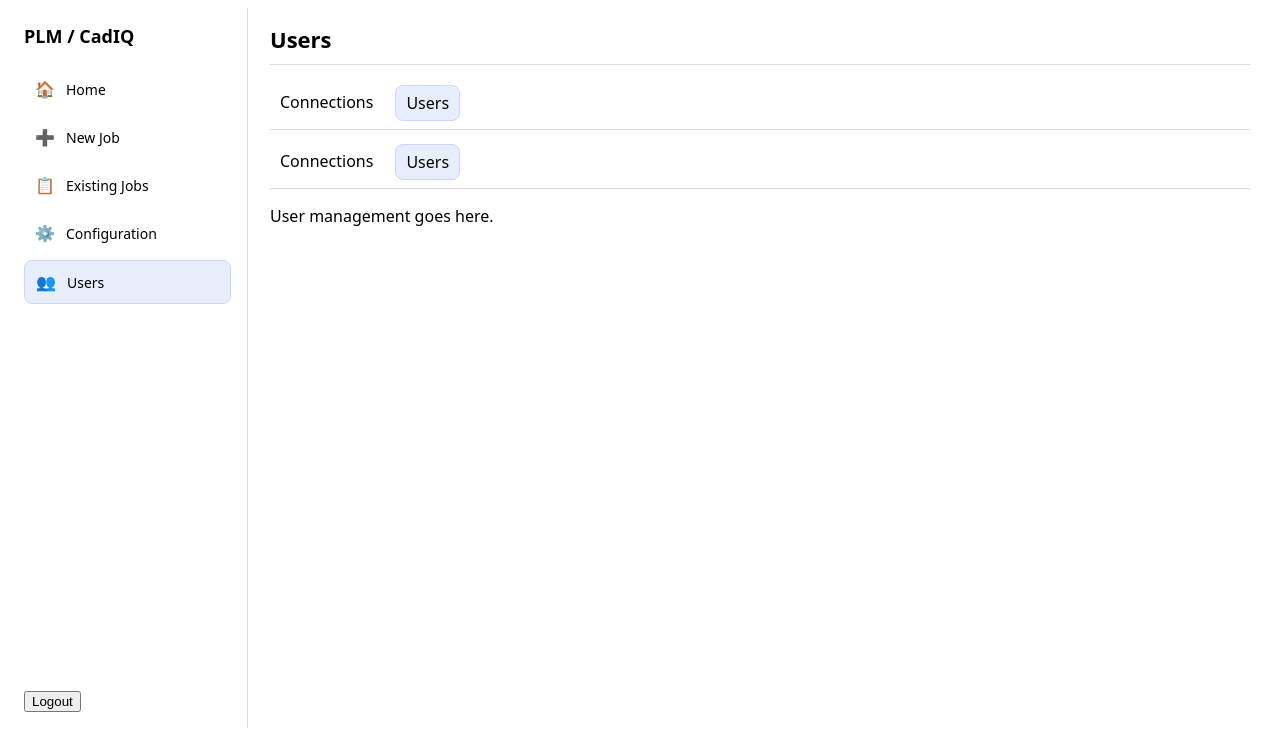
Repository: yaleevans/plm-cadiq
Page: /config/users
The author's editor kept a copy of each file at every save. The page is drawn from the files as they stood at one save, then again after the next save.
The browser window is 1280 px wide. The pictures show the whole page.
The project was rebuilt for these pictures with package versions that can differ from the ones it lists, and the page was loaded fresh each time. The framework's server and built-in components were replaced by stand-ins that run in the browser. Also part of the build but not shown: svelte.config.js, vite.config.ts.

Above is the page before, as saved 2026-02-11 08:37:15.

### src/routes/+layout.svelte
<script lang="ts">
	import { page } from '$app/stores';

	const nav = [
		{ href: '/', label: 'Home', icon: '🏠' },
		{ href: '/jobs/new', label: 'New Job', icon: '➕' },
		{ href: '/jobs', label: 'Existing Jobs', icon: '📋' },
		{ href: '/config', label: 'Configuration', icon: '⚙️' },
		{ href: '/config/users', label: 'Users', icon: '👥' }
	];

	$: pathname = $page.url.pathname;
	$: isLogin = pathname.startsWith('/login');

	$: active =
		nav.find((n) => n.href === pathname) ??
		(pathname.startsWith('/jobs/new')
			? nav[1]
			: pathname.startsWith('/jobs')
				? nav[2]
				: pathname.startsWith('/config')
					? nav[3]
					: nav[0]);

	$: title = active?.label ?? 'PLM / CadIQ';
</script>

{#if isLogin}
	<slot />
{:else}
	<div class="app">
		<aside class="sidebar">
			<div class="brand">PLM / CadIQ</div>

			<nav class="nav">
				{#each nav as item}
					<a class:selected={item === active} href={item.href} data-sveltekit-preload-data="hover">
						<span class="icon">{item.icon}</span>
						<span class="label">{item.label}</span>
					</a>
				{/each}
			</nav>

			<form method="post" action="/api/auth/logout" class="logout">
				<button type="submit">Logout</button>
			</form>
		</aside>

		<main class="main">
			<header class="header">
				<h1>{title}</h1>
			</header>

			<section class="content">
				<slot />
			</section>
		</main>
	</div>
{/if}

<style>
	.app {
		display: grid;
		grid-template-columns: 240px 1fr;
		min-height: 100vh;
		font-family:
			system-ui,
			-apple-system,
			Segoe UI,
			Roboto,
			Arial,
			sans-serif;
	}

	.sidebar {
		border-right: 1px solid #ddd;
		padding: 16px;
		display: flex;
		flex-direction: column;
		gap: 12px;
	}

	.brand {
		font-weight: 800;
		font-size: 18px;
		margin-bottom: 8px;
	}

	.nav {
		display: grid;
		gap: 6px;
	}

	.nav a {
		display: flex;
		align-items: center;
		gap: 10px;
		text-decoration: none;
		color: inherit;
		padding: 10px 10px;
		border-radius: 8px;
	}

	.nav a:hover {
		background: #f3f3f3;
	}

	.nav a.selected {
		background: #e9eefc;
		border: 1px solid #c9d6ff;
	}

	.icon {
		width: 22px;
		text-align: center;
	}

	.label {
		font-size: 14px;
	}

	.logout {
		margin-top: auto;
	}

	.main {
		padding: 16px 22px;
	}

	.header {
		border-bottom: 1px solid #ddd;
		padding-bottom: 10px;
		margin-bottom: 14px;
	}

	.header h1 {
		margin: 0;
		font-size: 22px;
	}

	.content {
		padding-top: 6px;
	}
</style>

### src/routes/config/+layout.svelte
<script lang="ts">
	import { page } from '$app/stores';

	$: path = $page.url.pathname;

	$: active =
		path === '/config' ? 'connections' : path.startsWith('/config/users') ? 'users' : 'connections';
</script>

<div class="subnav">
	<a class:active={active === 'connections'} href="/config"> Connections </a>
	<a class:active={active === 'users'} href="/config/users"> Users </a>
</div>

<slot />

<style>
	.subnav {
		display: flex;
		gap: 12px;
		border-bottom: 1px solid #ddd;
		padding-bottom: 8px;
		margin-bottom: 14px;
	}

	.subnav a {
		text-decoration: none;
		padding: 6px 10px;
		border-radius: 8px;
		color: inherit;
	}

	.subnav a.active {
		background: #e9eefc;
		border: 1px solid #c9d6ff;
	}
</style>

### src/routes/config/users/+page.svelte
<script lang="ts">
	import ConfigNav from '../_configNav.svelte';
</script>

<ConfigNav active="users" />

<p>User management goes here.</p>

### src/routes/config/_configNav.svelte
<script lang="ts">
	export let active: 'connections' | 'users';
</script>

<div class="subnav">
	<a class:active={active === 'connections'} href="/config">Connections</a>
	<a class:active={active === 'users'} href="/config/users">Users</a>
</div>

<style>
	.subnav {
		display: flex;
		gap: 12px;
		border-bottom: 1px solid #ddd;
		padding-bottom: 8px;
		margin-bottom: 14px;
	}
	.subnav a {
		text-decoration: none;
		padding: 6px 10px;
		border-radius: 8px;
		color: inherit;
	}
	.subnav a.active {
		background: #e9eefc;
		border: 1px solid #c9d6ff;
	}
</style>

Loaded but not shown: src/app.html (common file)

After the next save:
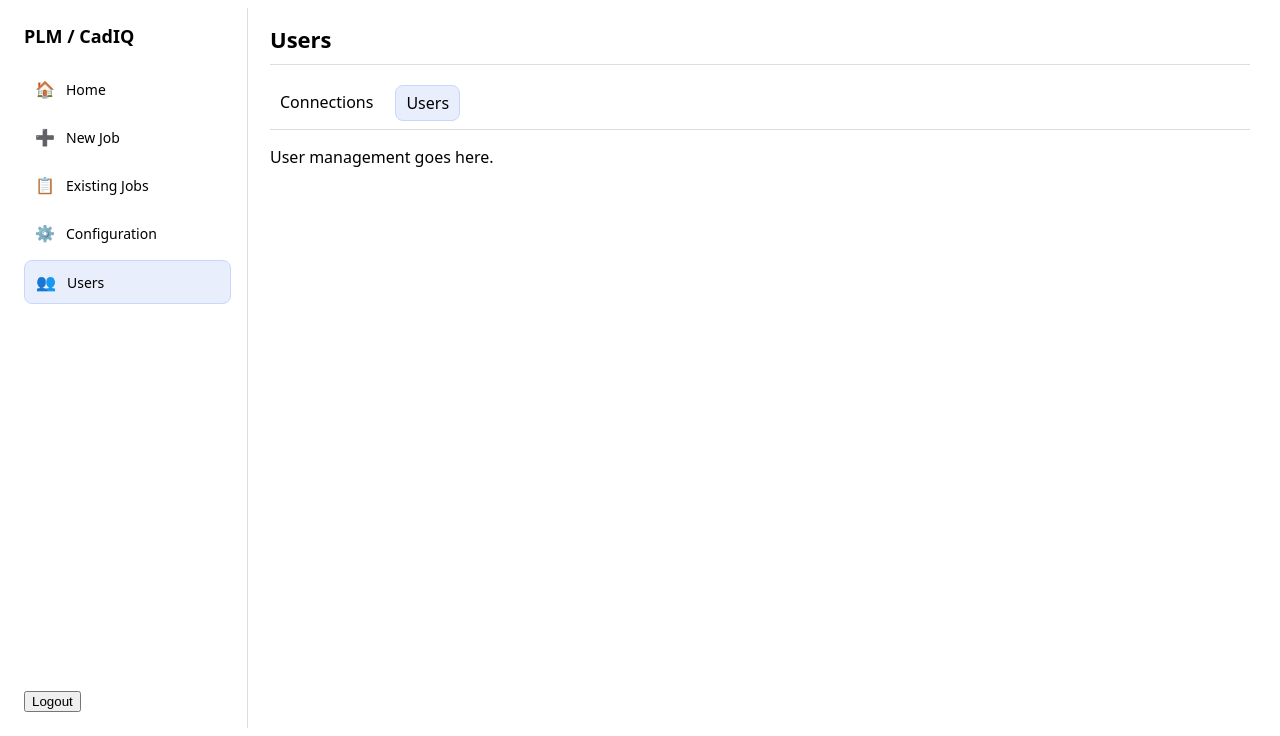
Saved 24 s later.
--- a/src/routes/config/users/+page.svelte
+++ b/src/routes/config/users/+page.svelte
@@ -1,7 +1 @@
-<script lang="ts">
-	import ConfigNav from '../_configNav.svelte';
-</script>
-
-<ConfigNav active="users" />
-
 <p>User management goes here.</p>
